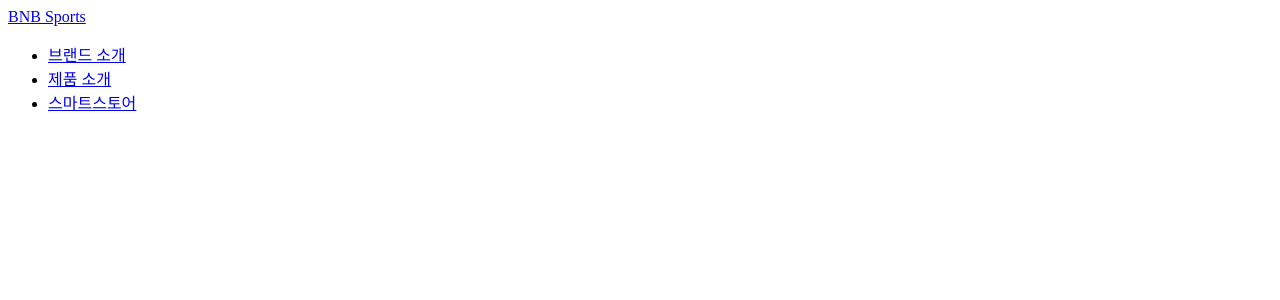
Repository: norwegianwood97/BNB-Sports
Page: assets/header.html
These files come from the project's save history. The page is drawn as it stood at one moment and after the next save; the edit follows.
The browser window is 1280 px wide. The pictures show the whole page.

Above is the page before, as saved 2025-10-07 23:33:14.

### assets/header.html
<header>
  <nav>
    <a href="/index.html" class="logo">BNB Sports</a>
    <ul>
      <li><a href="/about.html">브랜드 소개</a></li>
      <li><a href="/products/productsList.html">제품 소개</a></li>
      <li>
        <a href="https://smartstore.naver.com/" target="_blank">스마트스토어</a>
      </li>
    </ul>
  </nav>
</header>

After the next save:
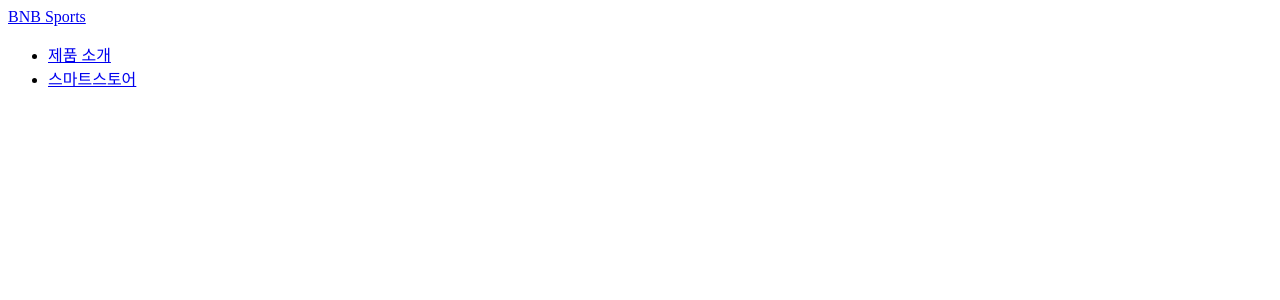
Saved 28 s later.
--- a/assets/header.html
+++ b/assets/header.html
@@ -2,7 +2,6 @@
   <nav>
     <a href="/index.html" class="logo">BNB Sports</a>
     <ul>
-      <li><a href="/about.html">브랜드 소개</a></li>
       <li><a href="/products/productsList.html">제품 소개</a></li>
       <li>
         <a href="https://smartstore.naver.com/" target="_blank">스마트스토어</a>
